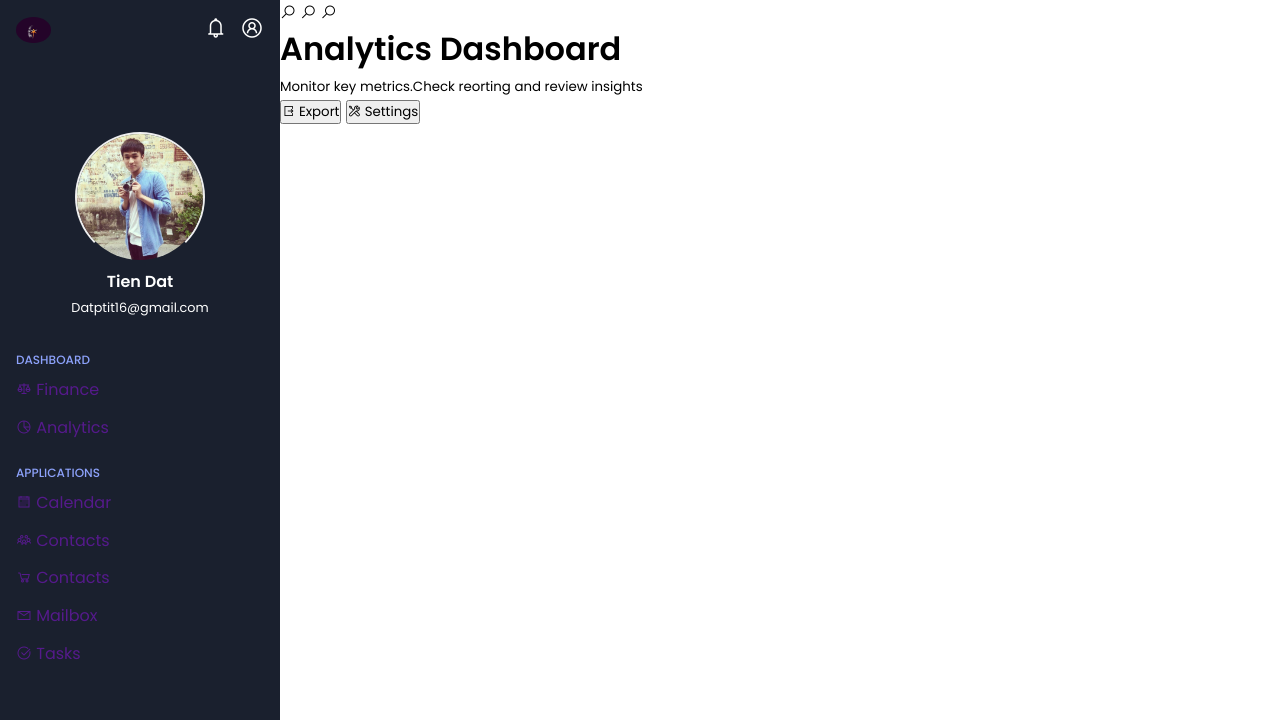
Repository: Datt21/dashboard-fe-project
Page: index.html
These files come from the project's save history. The page is drawn as it stood at one moment and after the next save; the edit follows.
The browser window is 1280 px wide. The pictures show the whole page.

Above is the page before, as saved 2021-06-08 14:34:41.

### index.html
<!DOCTYPE html>
<html lang="en">
<head>
    <meta charset="UTF-8">
    <meta http-equiv="X-UA-Compatible" content="IE=edge">
    <meta name="viewport" content="width=device-width, initial-scale=1.0 maxium-scale=1.0">

    <!-- =============== UNICONS =================== -->
    <link rel="stylesheet" href="https://maxst.icons8.com/vue-static/landings/line-awesome/line-awesome/1.3.0/css/line-awesome.min.css">
    <!-- =============== GOOGLE FONT =============== -->

    <!-- =============== CSS ================== -->
    <link rel="stylesheet" href="./assets/css/style.css">

    <title>Tien Dat Admin Dashboard</title>

</head>
<body>
    <!-- ========== SIDEBAR======== -->
    <div class="sidebar">
    <!-- brand -->
         <div class="sidebar__brand">
             <div class="brand__flex">
                 <img src="./img/loGO1.jpg" width="35px" alt="">

                 <div class="brand__icons">
                     <span class="las la-bell"></span>
                     <span class="las la-user-circle"></span>
                 </div>
             </div>
         </div>
    <!-- main -->
         <div class="sidebar__main">
             <div class="sidebar__user">
                 <img src="./img/119942988_206292647508421_8132941228799644311_n.jpg" alt="">
                 <div>
                     <h3> Tien Dat</h3>
                     <span> Datptit16@gmail.com</span>
                 </div>
             </div>
             <div class="sidebar__menu">
                 <div class="menu-head">
                     <span> Dashboard</span>
                 </div>
                 <ul>
                     <li>
                         <a href="">
                         <span class="las la-balance-scale"></span>
                        Finance
                        </a>
                    </li>
                     <li>
                         <a href=""><span class="las la-chart-pie"></span>
                        Analytics
                         </a>
                    </li>
                 </ul>

                 <div class="menu-head">
                    <span> Applications</span>
                </div>
                <ul>
                    <li>
                        <a href="">
                        <span class="las la-calendar"></span>
                       Calendar
                       </a>
                   </li>
                    <li>
                        <a href=""><span class="las la-users"></span>
                       Contacts
                        </a>
                   </li>
                    <li>
                        <a href=""><span class="las la-shopping-cart"></span>
                       Contacts
                        </a>
                   </li>
                    <li>
                        <a href=""><span class="las la-envelope"></span>
                       Mailbox
                        </a>
                   </li>
                    <li>
                        <a href=""><span class="las la-check-circle"></span>
                       Tasks
                        </a>
                   </li>
                </ul>
             </div>
         </div>
    </div>

    <!-- ================== MAIN CONTENT===================== -->
    <div class="main__content">
        <header>
            <span class="bars"></span>

            <div>
                <span class="las la-search"></span>
                <span class="las la-search"></span>
                <span class="las la-search"></span>
            </div>
        </header>

        <main>
            <div class="page-header">
                <div>
                    <h1>Analytics Dashboard</h1>
                    <small>Monitor key metrics.Check reorting and review insights</small>
                </div>

                <div>
                    <button>
                        <span class="las la-file-export"></span>
                        Export
                    </button>
                    <button>
                        <span class="las la-tools"></span>
                        Settings
                    </button>
                </div>
            </div>
        </main>
    </div>
</body>
</html>

### assets/css/style.css
@import url('https://fonts.googleapis.com/css2?family=Poppins:wght@300;400;500;600&display=swap');

:root{
    --color-main: #1a202e;
}

*{
    font-family: 'Poppins', sans-serif ;
    box-sizing: border-box;
    text-decoration: none;
    list-style-type: none;
    margin: 0;
    padding: 0;
}

.sidebar{
    width: 280px;
    position: fixed;
    left: 0;
    top: 0;
    height: 100%;
    padding: 1rem;
    background: var(--color-main);
    color: #fff;
}

.sidebar__brand{
    height: 100px;
}

.brand__flex{
    display: flex;
    justify-content: space-between;
    align-items: center;
}

.brand__flex img{
    border-radius: 50%;
}

.brand__icons span{
    font-size: 1.5rem;
    margin-left: 0.5rem;
}

.sidebar__user{
    margin: 1rem 0rem;
    text-align: center;
}

.sidebar__user img{
    width: 130px;
    height: 130px;
    border-radius: 50%;
    border: 2px solid #efefef;
    border-top: 2px solid #efefef;
    border-left: 2px solid #efefef;
    border-right: 2px solid #efefef;
    border-bottom: 2px solid transparent;
}

.sidebar__user h3{
    font-size: 1rem;
}

.sidebar__user span{
    font-size: .8rem;
}

.sidebar__menu {
    margin-top: 2rem;
}

.menu-head {
    text-transform: uppercase;
    color: #8da2fb;
    font-size: .75rem;
    font-weight: 500;
    margin-bottom: 0.5rem;
}

.sidebar__menu ul{
    margin-bottom: 1.5rem;
}

.sidebar__menu li{
    margin-bottom: 0.8rem;
}



.main__content{
    margin-left: 280px;
}

After the next save:
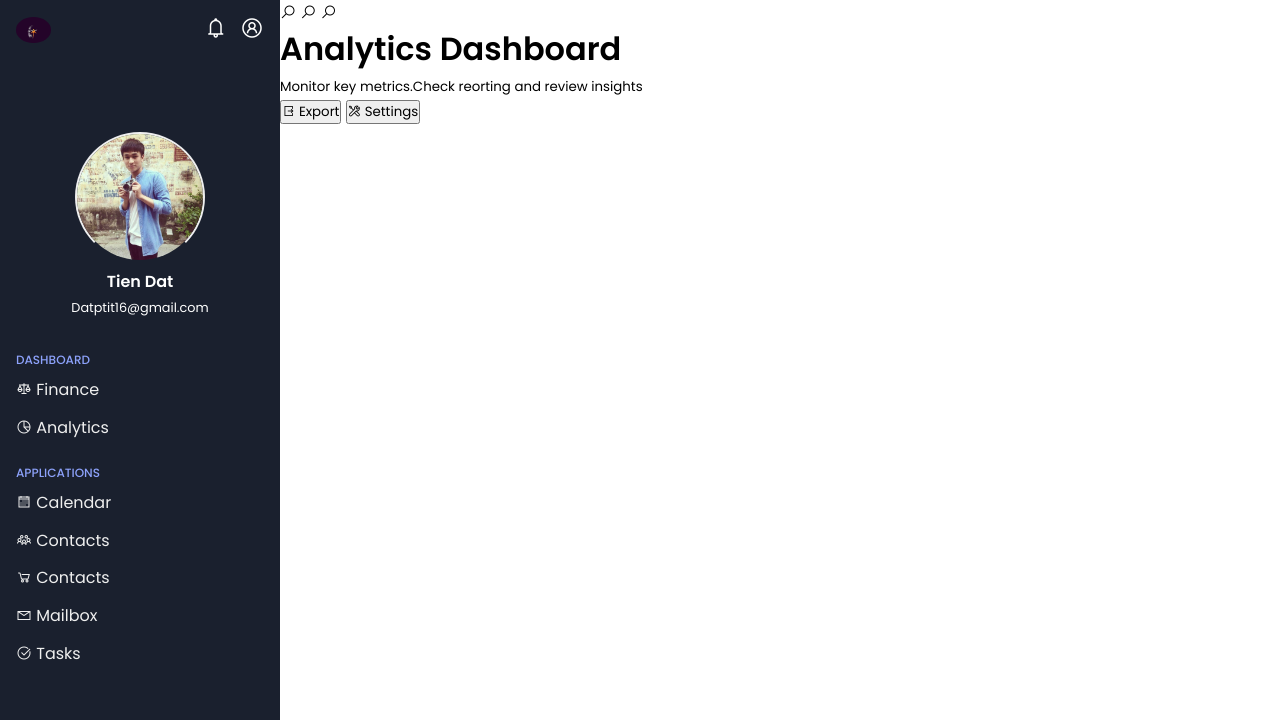
Saved 63 s later.
--- a/assets/css/style.css
+++ b/assets/css/style.css
@@ -87,6 +87,9 @@
     margin-bottom: 0.8rem;
 }
 
+.sidebar__menu li a{
+    color: #efefef;
+}
 
 
 .main__content{
